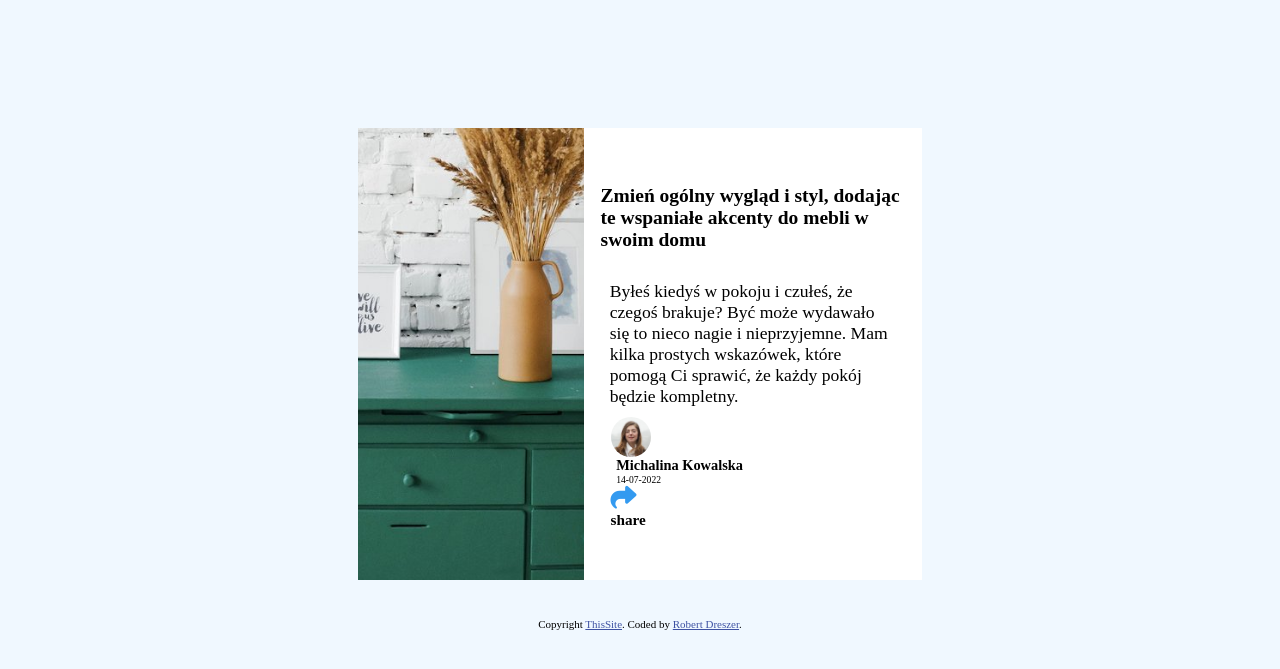
Repository: RobertDsr/komponent-podgl-du-produktu
Page: index.html
These files come from the project's save history. The page is drawn as it stood at one moment and after the next save; the edit follows.
The browser window is 1280 px wide. The pictures show the whole page.
Some web libraries are served in a nearby version. The style sheet was rebuilt from its Sass, Less or Tailwind sources for each picture, by a compiler version that may differ from the author's.

Above is the page before, as saved 2022-07-14 13:58:15.

### index.html
<!DOCTYPE html>
<html lang="pl">

<head>
  <meta charset="UTF-8">
  <meta name="viewport" content="width=device-width, initial-scale=1.0">
  <!-- displays site properly based on user's device -->

  <link rel="icon" type="image/png" sizes="32x32" href="./images/favicon-32x32.png">

  <script src="https://kit.fontawesome.com/f1983936fd.js" crossorigin="anonymous"></script>

  <title>Article preview component</title>

  <link rel="stylesheet" href="./design/css/main.min.css">
</head>

<body>

  <div class="wrapper">
    <div class="columns">
      <div class="columnLeft"></div>
      <div class="columnRight">
        <section class="articleDescription">
          <h1 class="Title">Zmień ogólny wygląd i styl, dodając te wspaniałe akcenty do mebli w swoim domu</h1>
          <p>Byłeś kiedyś w pokoju i czułeś, że czegoś brakuje? Być może wydawało się to nieco nagie i nieprzyjemne. Mam
            kilka prostych wskazówek, które pomogą Ci sprawić, że każdy pokój będzie kompletny.</p>
          <div class="author">
            <img src="./images/avatar-michelle.jpg" alt="Michelle" class="imgAuthor">
            <div class="divAuthorName">
              <h2 class="authorName">Michalina Kowalska</h2>
              <time datetime="2022-07-14">14-07-2022</time>
            </div>
            <div class="socialMedia">
              <i class="fa-solid fa-share fa-2x" style="color: #339af0;"></i>
              <div class="popup">
                <div class="mediaWrapper">
                  <h3>share</h3>
                  <img class="img1" src="./images/icon-facebook.svg" alt="ikona facebooka">
                  <img class="img2" src="./images/icon-twitter.svg" alt="ikona twittera">
                  <img class="img3" src="./images/icon-pinterest.svg" alt="ikona pinteresta">
                </div>
              </div>
            </div>
          </div>
        </section>
      </div>
    </div>
    <footer>
      <div class="attribution">
        Copyright <a href="https://robertdreszer.pl/" target="_blank">ThisSite</a>.
        Coded by <a href="https://robertdreszer.pl/">Robert Dreszer</a>.
      </div>
    </footer>
  </div>
</body>

</html>

### design/scss/main.scss
* {
    box-sizing: border-box;
    margin: 0;
    padding: 0;
}

body {
    font-size: 13px;
}
.wrapper {
    align-items: center;
    background-color: aliceblue;
    display: flex;
    flex-direction: column;
    justify-content: center;
    min-height: 100vh;
    min-width: 100vw;
    max-width: 1440px;
    overflow: hidden;
}

.columns {
    display: flex;
    padding: 3%;
    // justify-content: space-around;
    width: 50%;
}

.columnLeft {
    background: url(../../images/drawers.jpg) center/cover;
    width: 40%;
}

.columnRight {
    background-color: #fff;
    padding: 10% 3% 3%;
    width: 60%;
}

.title {
    font-size: 1.45rem;
}

.articleDescription p {
    font-size: 1.1rem;
    padding: 10% 3% 0;
}

.author {
    display: grid;
    grid-template-columns: 14;
    padding: 10px;
    // align-items: flex-end;
}

.imgAuthor {
    width: 40px;
    height: 40px;
    border-radius: 50%;
}

.divAuthorName {
    font-size: 0.6rem;
    padding-left: 2%;
}

.socialMedia {
    right: 0;
}
.attribution { font-size: 11px; text-align: center; }
.attribution a { color: hsl(228, 45%, 44%); }

After the next save:
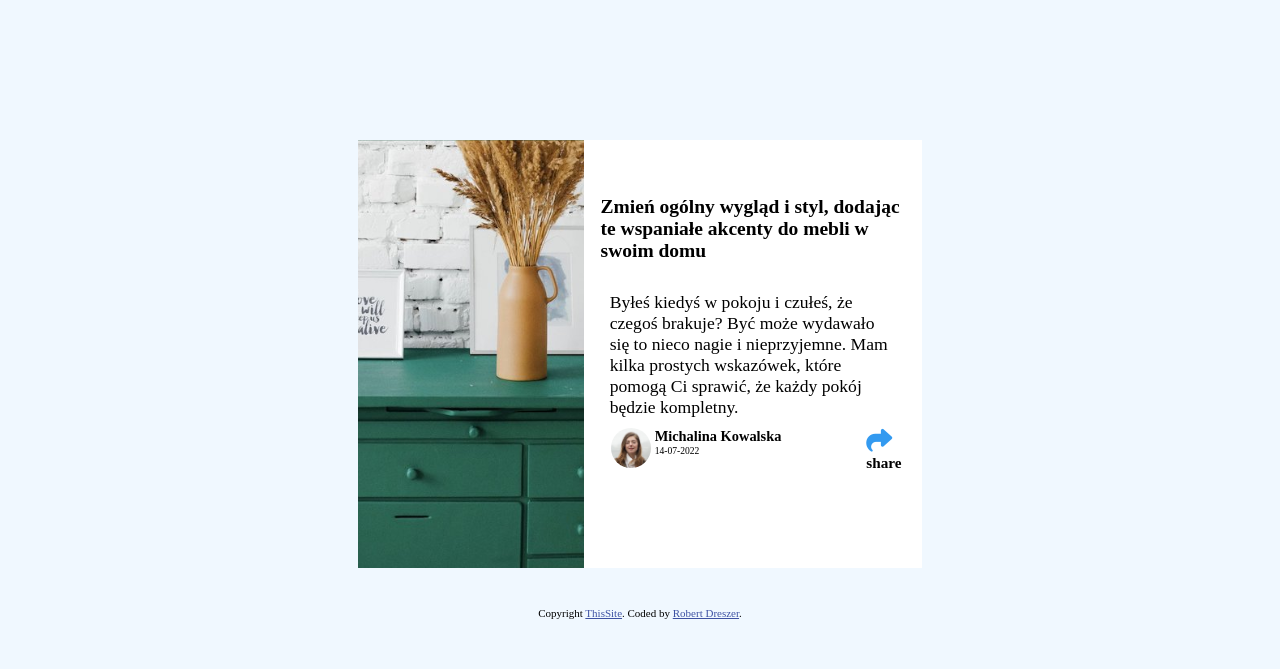
Saved 7 s later.
--- a/design/scss/main.scss
+++ b/design/scss/main.scss
@@ -48,7 +48,7 @@ body {
 
 .author {
     display: grid;
-    grid-template-columns: 14;
+    grid-template-columns: 14% 76% 10%;
     padding: 10px;
     // align-items: flex-end;
 }
